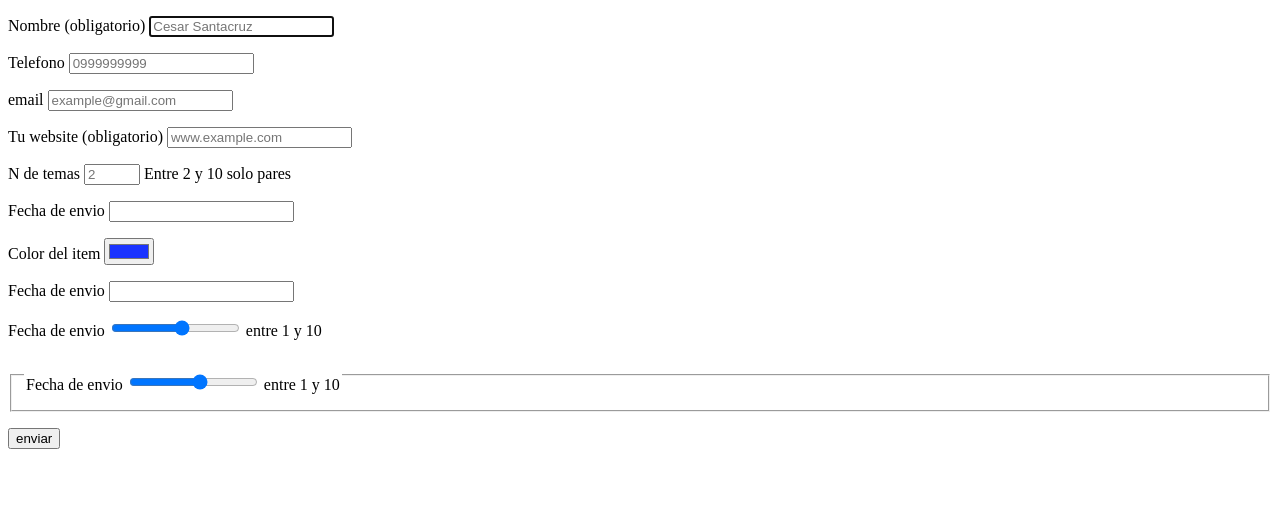
Repository: cesarsant0203/My_Study
Page: Introducción al desarrollo web/formulario.html
An editor plug-in stored every save of this project. The page is shown before and after a run of saves, followed by the edit.
The browser window is 1280 px wide. The pictures show the whole page.

Above is the page before, as saved 2020-04-27 19:47:32.

After the next 2 saves:
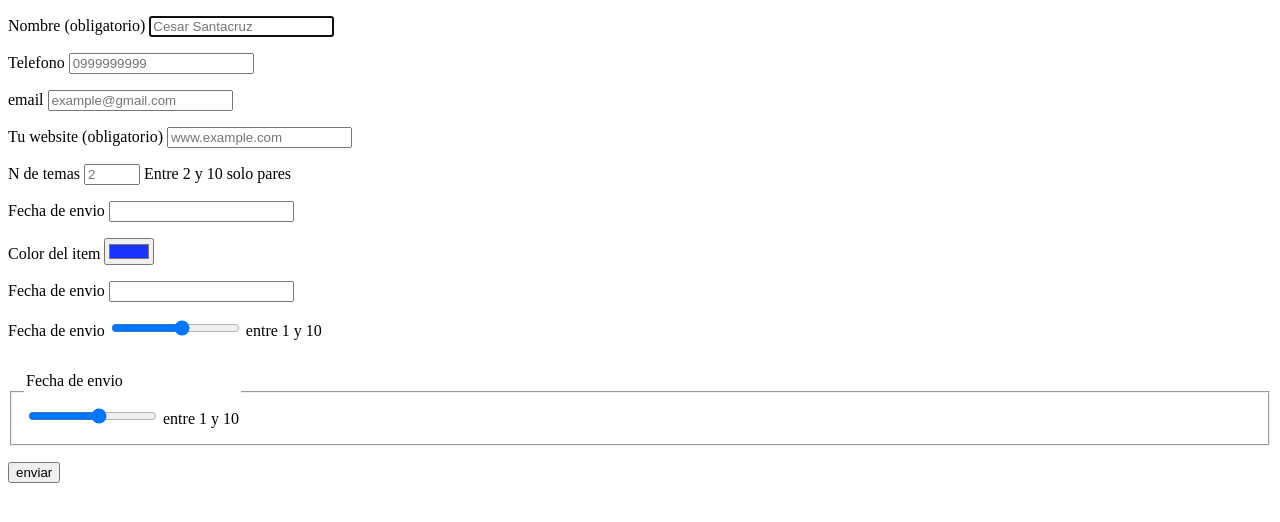
The 2 saves are shown as one change because they came seconds apart.
The last was saved 5 s later.
--- a/Introducción al desarrollo web/formulario.html
+++ b/Introducción al desarrollo web/formulario.html
@@ -67,7 +67,7 @@
         <p>
         <fieldset>
             <legend>
-                <p></p><label for="points"> Fecha de envio</label>
+                <p><label for="points"> Fecha de envio</label></p>
                 <input type="range" name="points" id="points" min="1" max="10"> entre 1 y 10
                 </legend>
         </fieldset>
